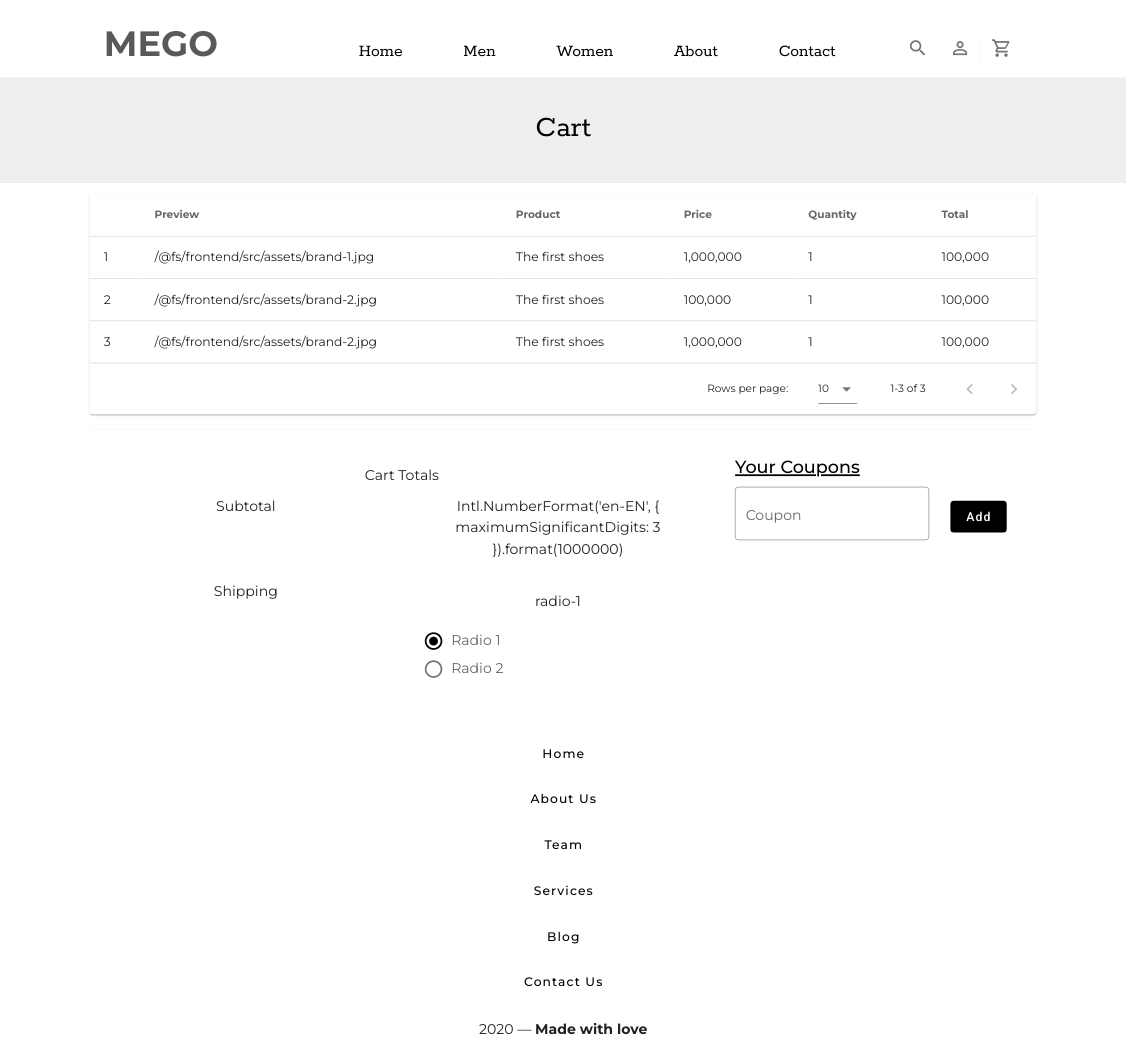
Repository: nguyenphuong152/shoesstore
Page: /cart (app in frontend/)
These files come from the project's save history. The page is drawn as it stood at one moment and after the next save; the edit follows.
The browser window is 1280 px wide. The pictures show the whole page, at 88% of full size.
The project was rebuilt for these pictures with package versions that can differ from the ones it lists, and the page was loaded fresh each time. Also part of the build but not shown: frontend/vue.config.js, frontend/src/components/Customer/Collection.vue, frontend/src/components/Customer/Banner.vue, frontend/src/components/Customer/BestSeller.vue, frontend/src/components/Customer/Partner.vue, frontend/src/views/Customer/Home.vue, frontend/src/components/Customer/ProductCategory.vue, frontend/src/components/Customer/ProductView.vue and 10 more. Imported but missing from the stored project, and not drawn on this page: frontend/src/views/Admin/Category.vue, frontend/src/views/Admin/ManageProduct.vue, frontend/src/views/Admin/ManageUser.vue, frontend/src/views/Admin/OrderList.vue.

Above is the page before, as saved 2020-11-28 10:39:38.

After the next save:
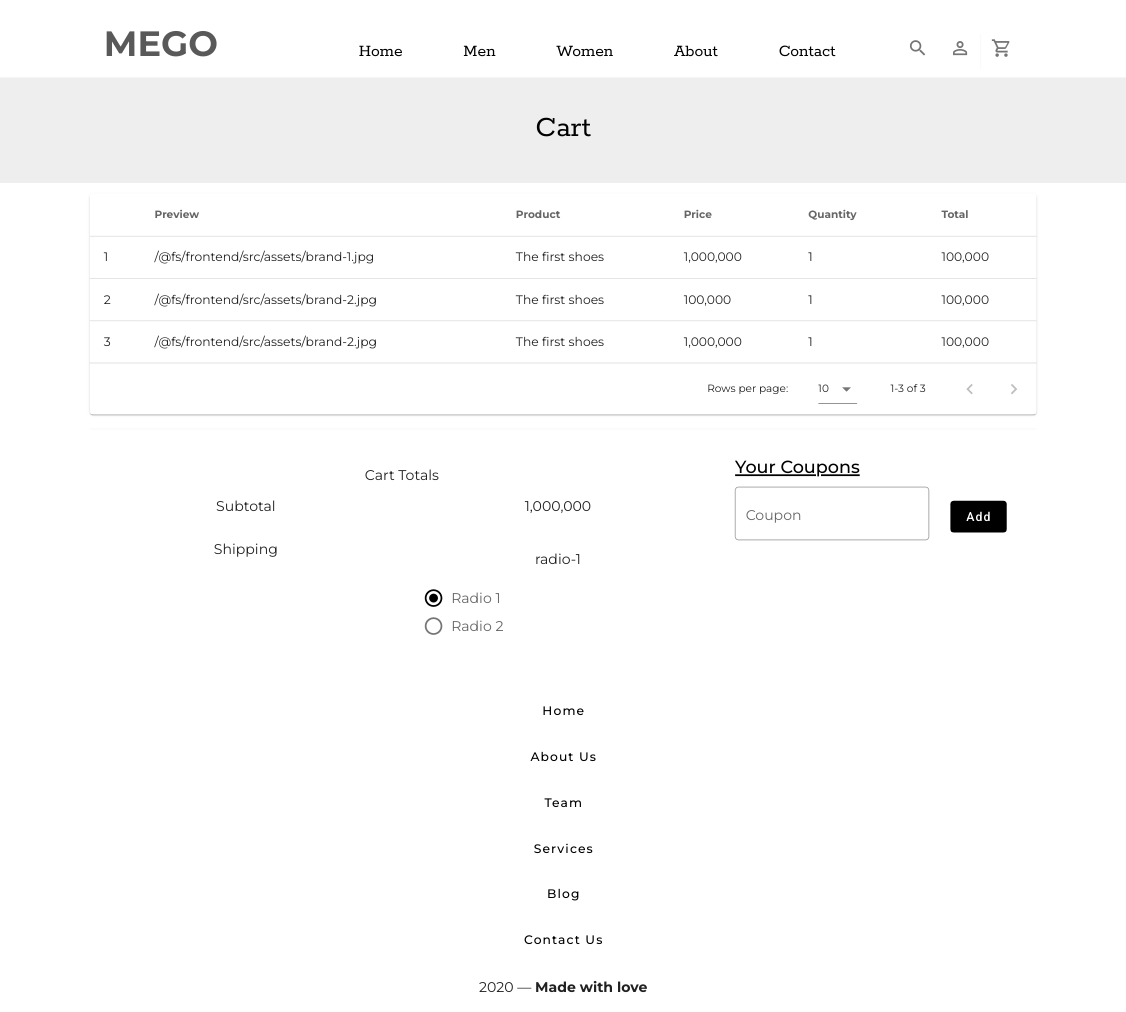
Saved 11 min 26 s later.
--- a/frontend/src/components/Customer/CartTotal.vue
+++ b/frontend/src/components/Customer/CartTotal.vue
@@ -6,10 +6,11 @@
         <a> Subtotal</a>
       </v-col>
       <v-col>
-        <a
-          >Intl.NumberFormat('en-EN', { maximumSignificantDigits: 3
-          }).format(1000000)</a
-        >
+        <a>{{
+          Intl.NumberFormat("en-EN", { maximumSignificantDigits: 3 }).format(
+            1000000
+          )
+        }}</a>
       </v-col>
     </v-row>
     <v-row>
